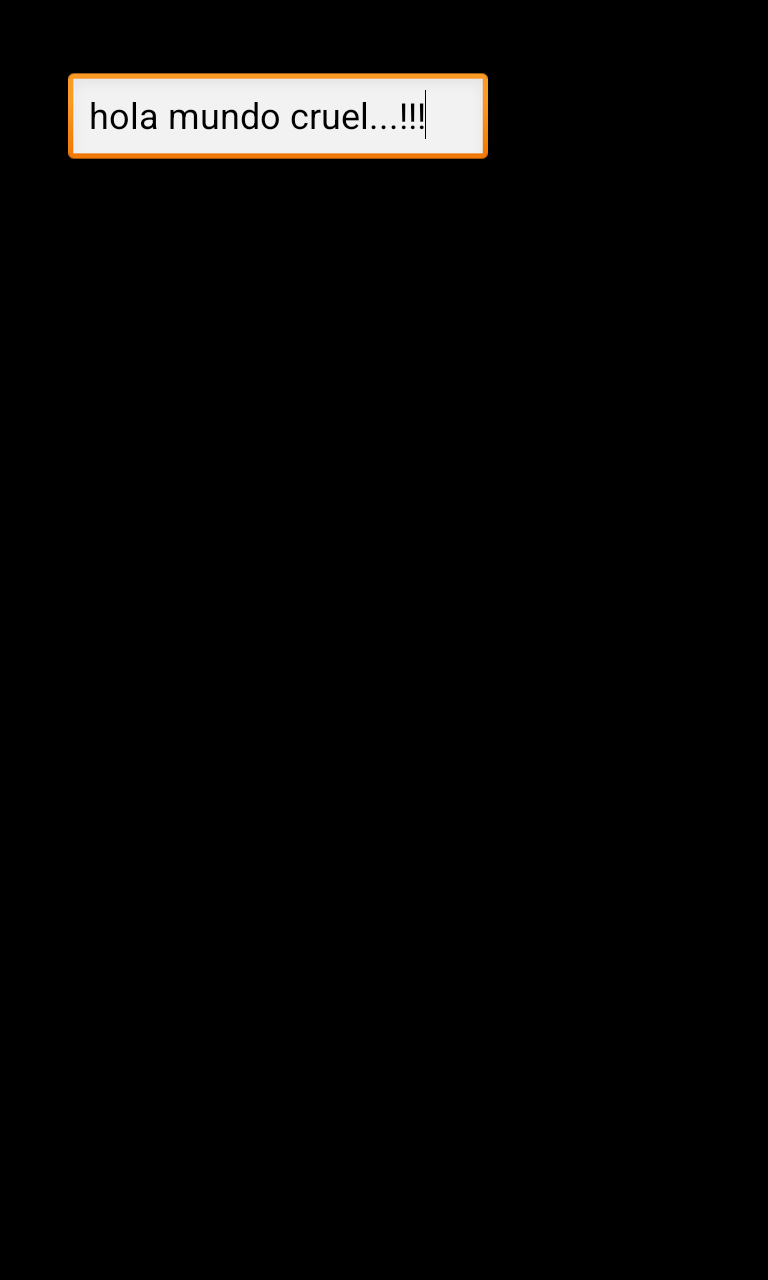
Repository: i1112928/semana02
Layout: semana02/res/layout/activity_pantalla2.xml
An editor plug-in stored every save of this project. The layout is shown before and after the next save, followed by the edit.
It is drawn on a 768 x 1280 px phone screen (xhdpi) without system bars, with theme android:Theme; the app's code is not run. Lists and similar views that code fills are empty.

Above is the layout before, as saved 2015-05-31 16:38:34.

After the next save:
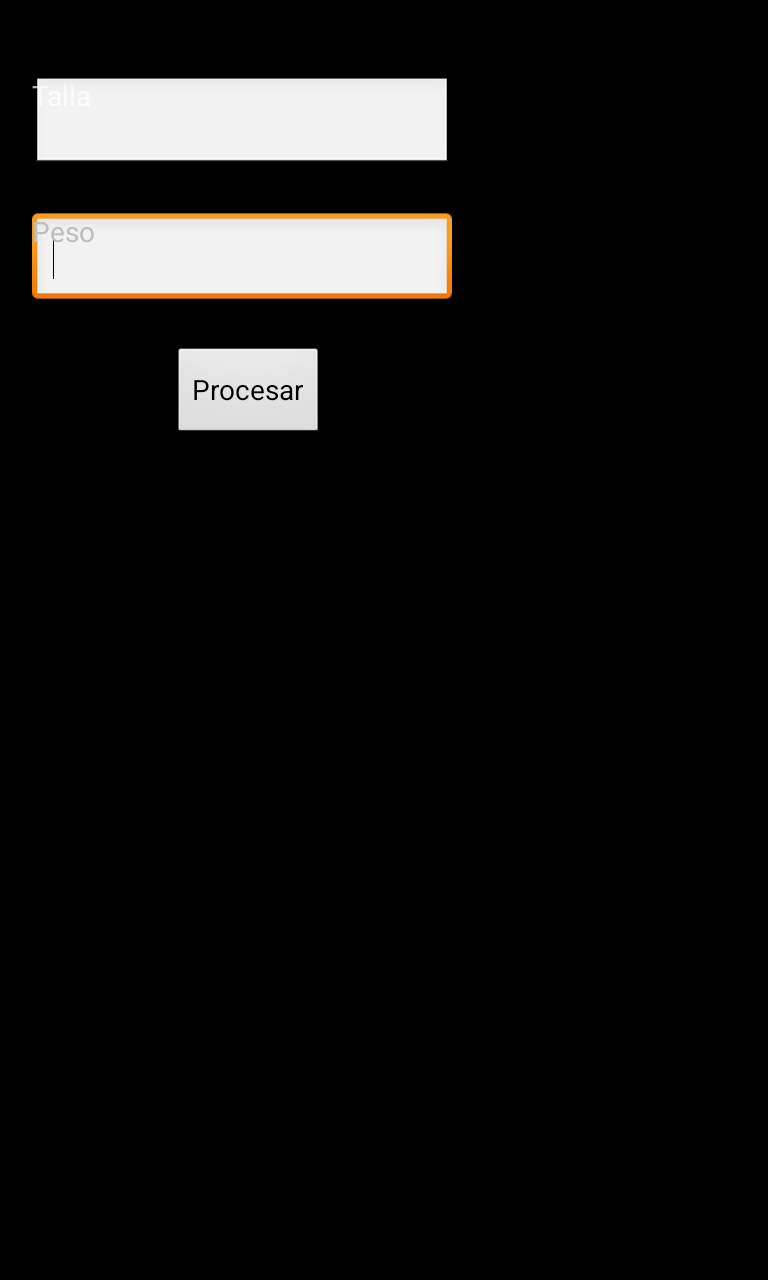
Saved 3 min 52 s later.
--- a/semana02/res/layout/activity_pantalla2.xml
+++ b/semana02/res/layout/activity_pantalla2.xml
@@ -26,18 +26,51 @@
         android:numColumns="3" >
     </GridView>
 
-    <EditText
-        android:id="@+id/editText1"
+    <TextView
+        android:id="@+id/txtTalla"
         android:layout_width="wrap_content"
         android:layout_height="wrap_content"
         android:layout_alignLeft="@+id/linearLayout1"
         android:layout_alignParentTop="true"
-        android:layout_marginLeft="18dp"
+        android:layout_marginTop="22dp"
+        android:text="@string/etiqueta_talla" />
+
+    <Button
+        android:id="@+id/btnProcesar"
+        android:layout_width="wrap_content"
+        android:layout_height="wrap_content"
+        android:layout_below="@+id/inputPeso"
+        android:layout_marginLeft="38dp"
+        android:layout_marginTop="19dp"
+        android:layout_toRightOf="@+id/txtPeso"
+        android:text="@string/boton_procesar" />
+
+    <EditText
+        android:id="@+id/inputPeso"
+        android:layout_width="wrap_content"
+        android:layout_height="wrap_content"
+        android:layout_alignLeft="@+id/inputTalla"
+        android:layout_below="@+id/inputTalla"
         android:layout_marginTop="20dp"
-        android:ems="10"
-        android:text="hola mundo cruel...!!!" >
+        android:ems="10" >
 
         <requestFocus />
     </EditText>
 
+    <EditText
+        android:id="@+id/inputTalla"
+        android:layout_width="wrap_content"
+        android:layout_height="wrap_content"
+        android:layout_alignLeft="@+id/txtTalla"
+        android:layout_alignTop="@+id/txtTalla"
+        android:ems="10" />
+
+    <TextView
+        android:id="@+id/txtPeso"
+        android:layout_width="wrap_content"
+        android:layout_height="wrap_content"
+        android:layout_alignLeft="@+id/inputPeso"
+        android:layout_alignTop="@+id/inputPeso"
+        android:text="@string/etiqueta_peso" />
+
 </RelativeLayout>
